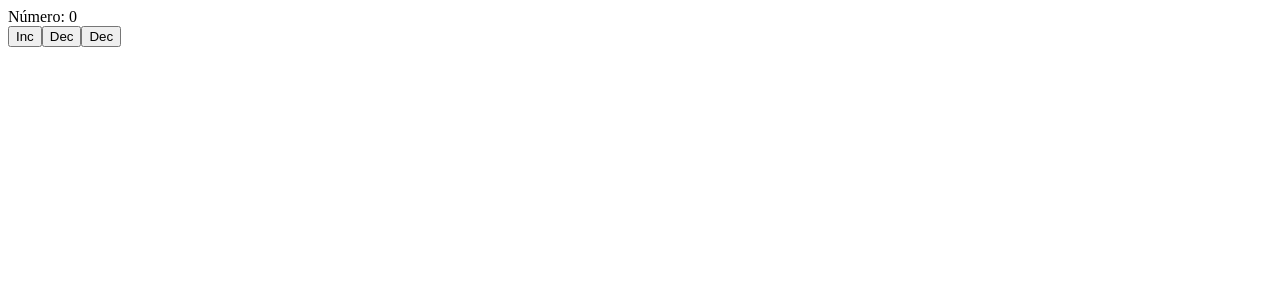
Repository: eversonps/react-fundamentos
Page: / (app in v4/)
An editor plug-in stored every save of this project. The page is shown before and after the next save, followed by the edit.
The browser window is 1280 px wide. The pictures show the whole page.
The project was rebuilt for these pictures with package versions that can differ from the ones it lists, and the page was loaded fresh each time.

Above is the page before, as saved 2022-03-24 17:20:54.

After the next save:
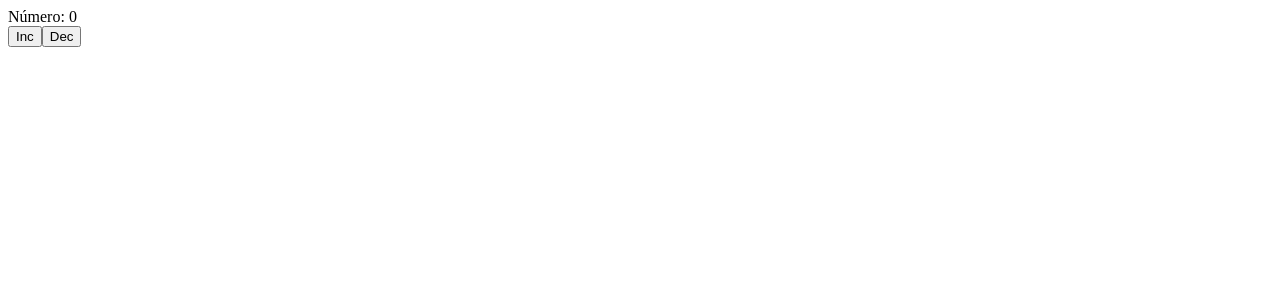
Saved 19 s later.
--- a/v4/src/componentes/Contador.jsx
+++ b/v4/src/componentes/Contador.jsx
@@ -16,7 +16,6 @@ export default class Contador extends Component{
                 <div>Número: {this.props.numero}</div>
                 <button onClick={this.maisUm}>Inc</button>
                 <button onClick={this.menosUm}>Dec</button>
-                <button>Dec</button>
             </div>
         )
     }
